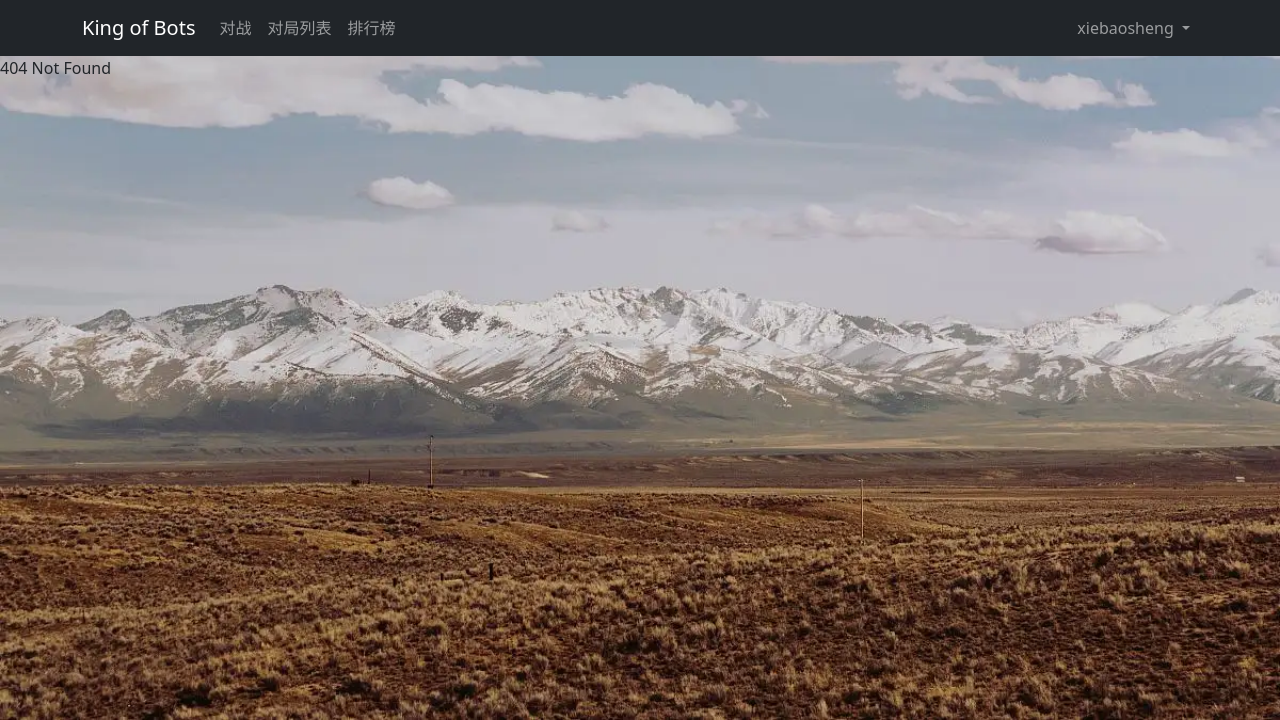
Repository: XieBaosheng/kob
Page: /404 (app in web/)
The author's editor kept a copy of each file at every save. The page is drawn from the files as they stood at one save, then again after the next save.
The browser window is 1280 px wide. The pictures show the whole page.
The project was rebuilt for these pictures with package versions that can differ from the ones it lists, and the page was loaded fresh each time. Also part of the build but not shown: web/vue.config.js, web/src/views/pk/PkIndexView.vue, web/src/views/record/RecordIndexView.vue, web/src/views/ranklist/RanklistIndexView.vue, web/src/views/user/bot/UserBotIndexView.vue. Imported but missing from the stored project, and not drawn on this page: web/src/components/PlayGround.

Above is the page before, as saved 2024-05-26 21:09:31.

After the next save:
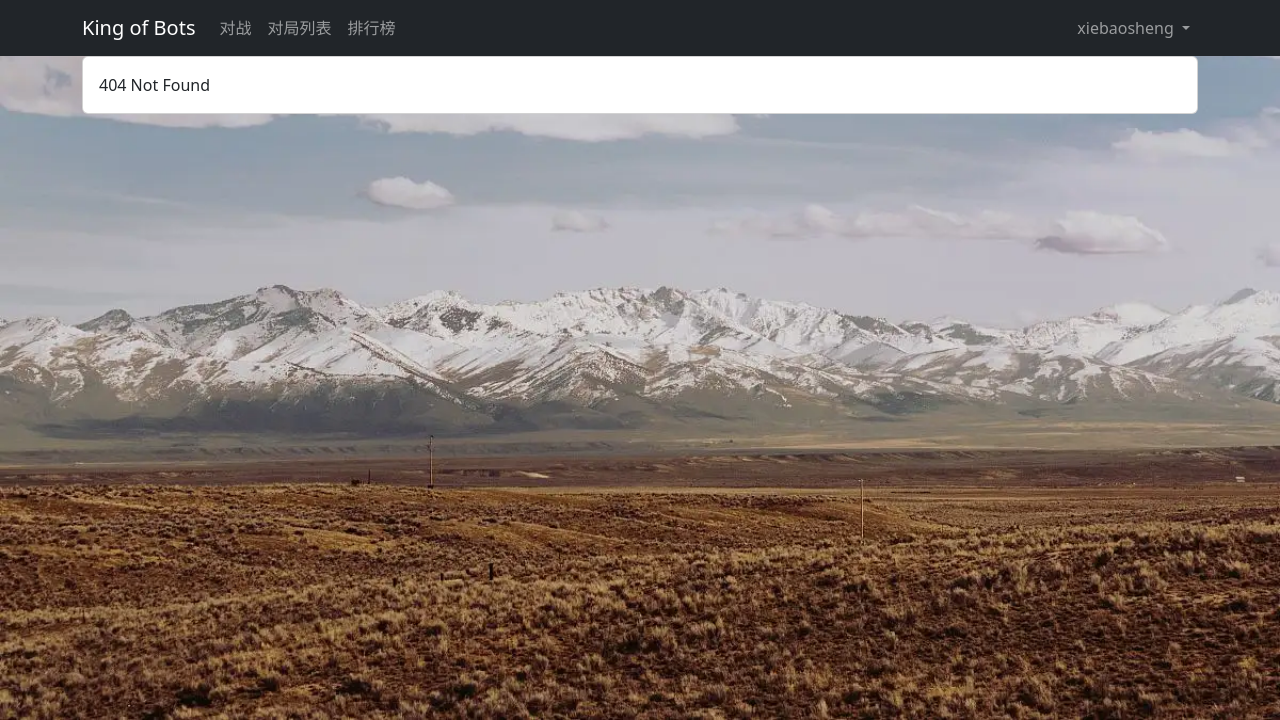
Saved 3 s later.
--- a/web/src/views/error/NotFound.vue
+++ b/web/src/views/error/NotFound.vue
@@ -1,8 +1,17 @@
 <template>
-<div>404 Not Found</div>
+    <ContentField>
+        404 Not Found
+    </ContentField>
 </template>
 
 <script>
+import ContentField from '../../components/ContentField.vue'
+
+export default {
+    components: {
+        ContentField
+    }
+}
 </script>
 
 <style scoped>
